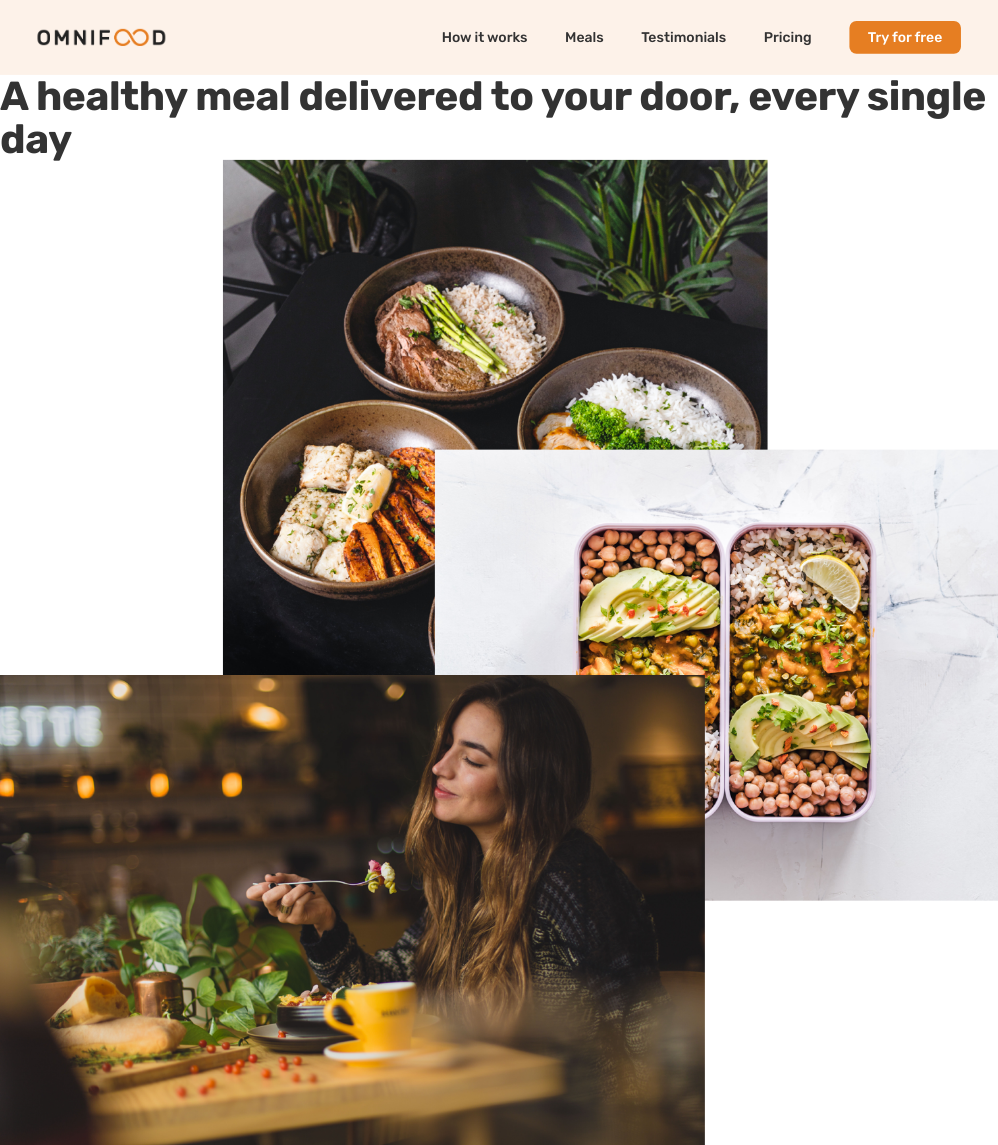
Repository: longvuht/omnifood-vu-nl
Page: index.html
These files come from the project's save history. The page is drawn as it stood at one moment and after a run of saves; the edit follows.
The browser window is 1280 px wide. The pictures show the whole page, at 78% of full size.
The style sheet was rebuilt from its Sass, Less or Tailwind sources for each picture, by a compiler version that may differ from the author's.

Above is the page before, as saved 2022-09-18 17:32:18.

After the next 2 saves:
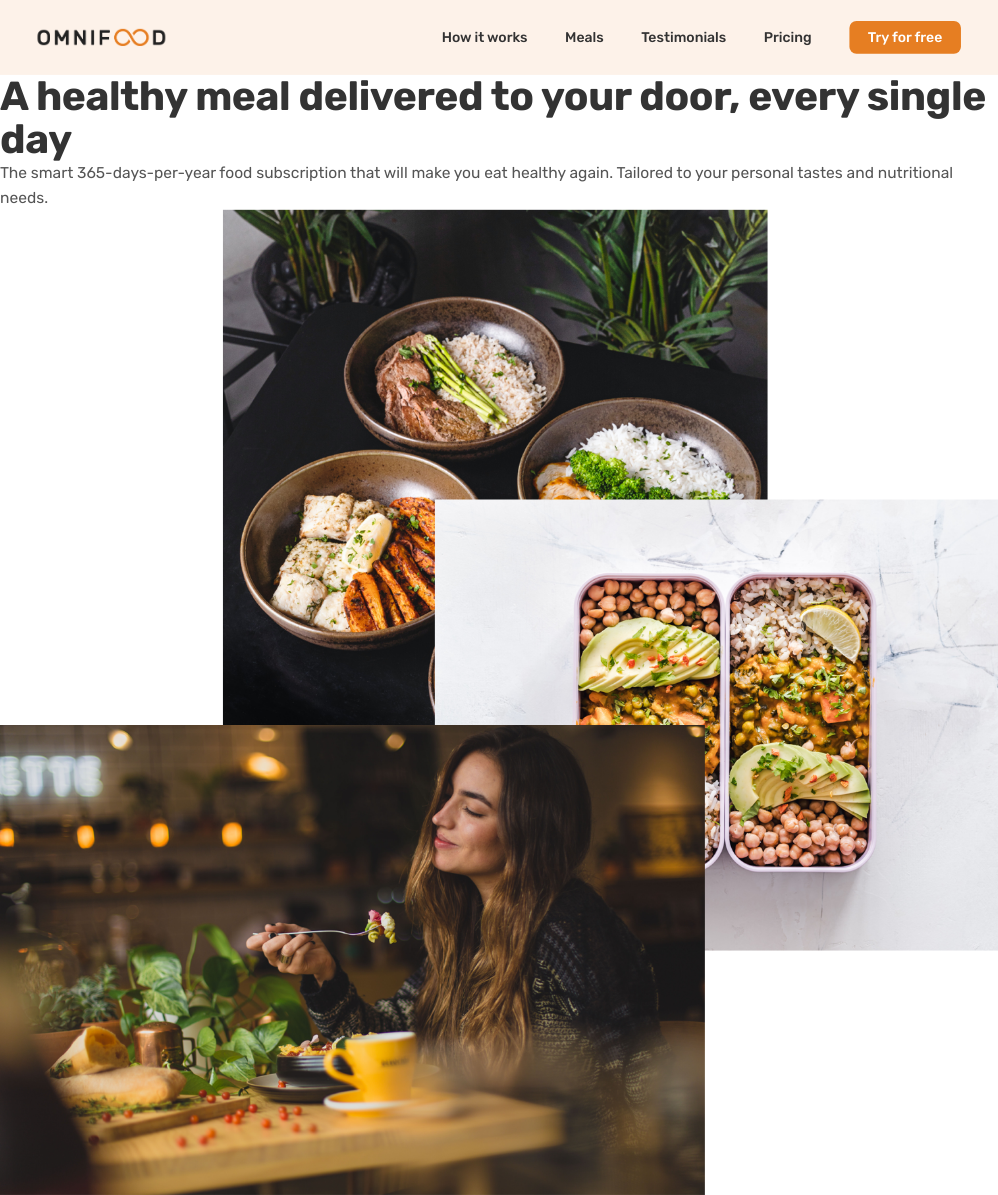
The 2 saves are shown as one change because they came seconds apart.
The last was saved 47 s later.
--- a/index.html
+++ b/index.html
@@ -51,6 +51,11 @@
             <h1 class="hero__heading">
               A healthy meal delivered to your door, every single day
             </h1>
+            <p class="text-lg hero__desc">
+              The smart 365-days-per-year food subscription that will make you
+              eat healthy again. Tailored to your personal tastes and
+              nutritional needs.
+            </p>
           </div>
           <div class="hero__image">
             <img
